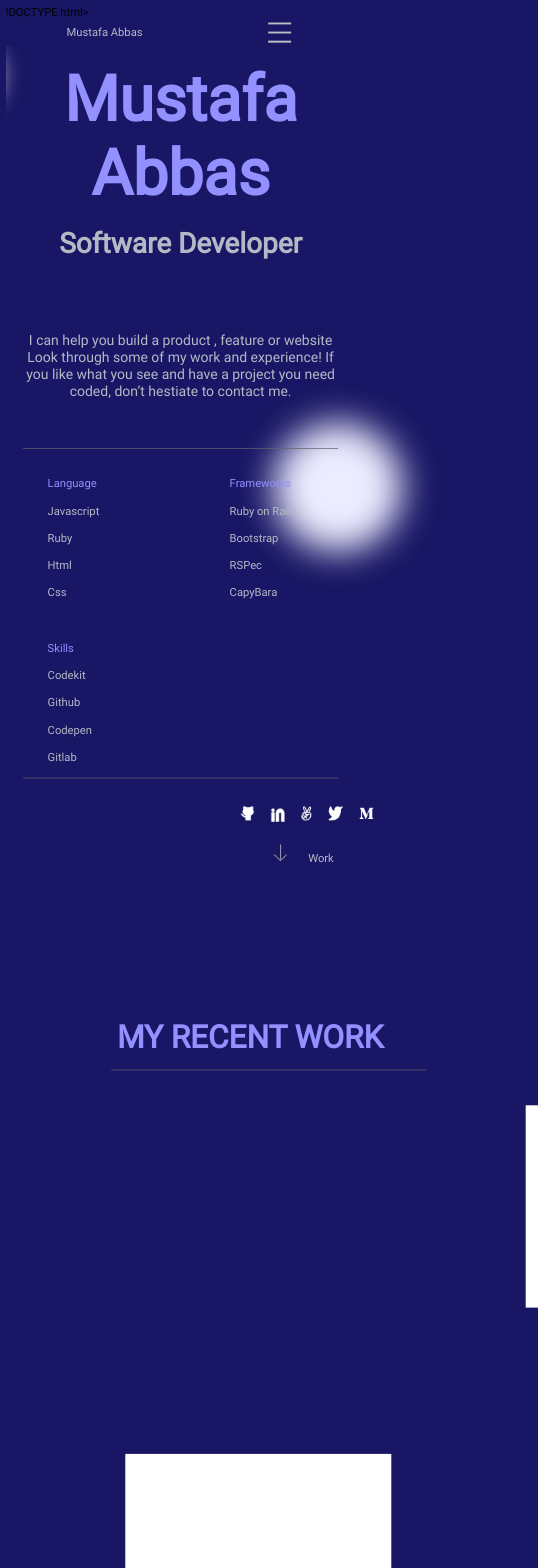
Repository: mustabbas/Portfolio
Page: index.html
These files come from the project's save history. The page is drawn as it stood at one moment and after the next save; the edit follows.
The browser window is 768 px wide. The pictures show the part of the page from y = 0 to 2240 px (the page is 6299 px tall before and 6464 px after), at 70% of full size.

Above is the page before, as saved 2021-08-30 18:31:31.

After the next save:
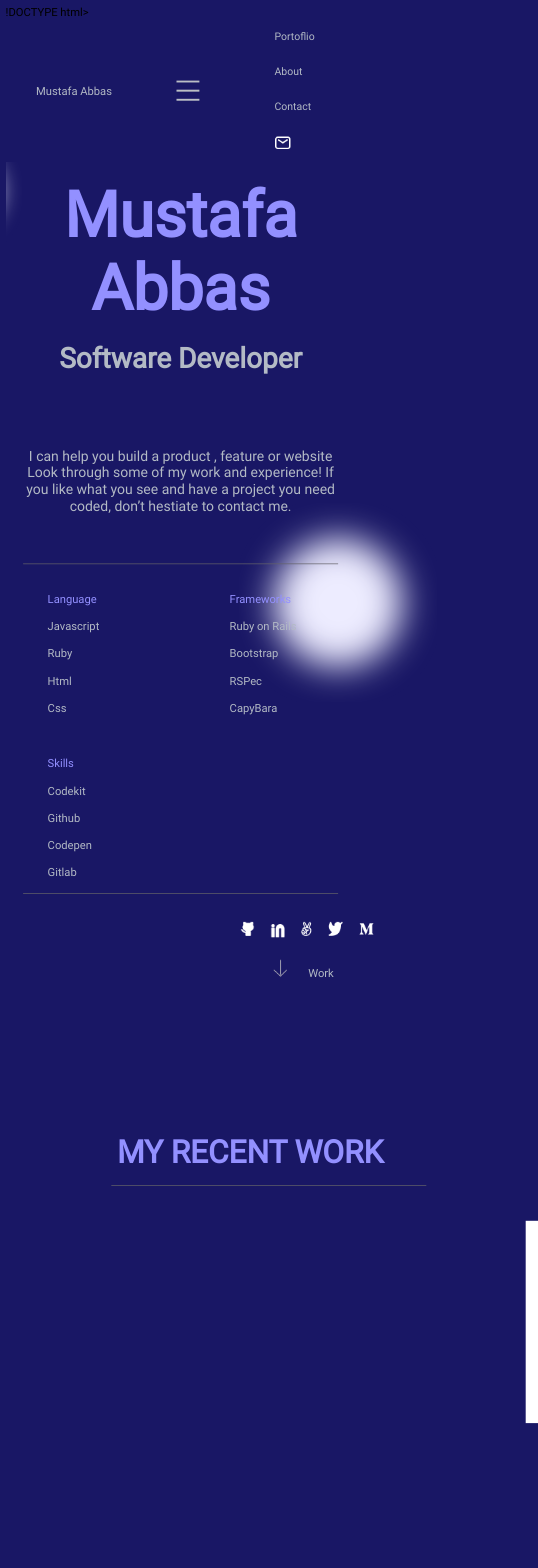
Saved 11 min 24 s later.
--- a/style.css
+++ b/style.css
@@ -436,10 +436,6 @@
     justify-content: space-around;
   }
 
-  .header ul {
-    display: none;
-  }
-
   .main-nav {
     flex-direction: column;
   }

After the save that followed:
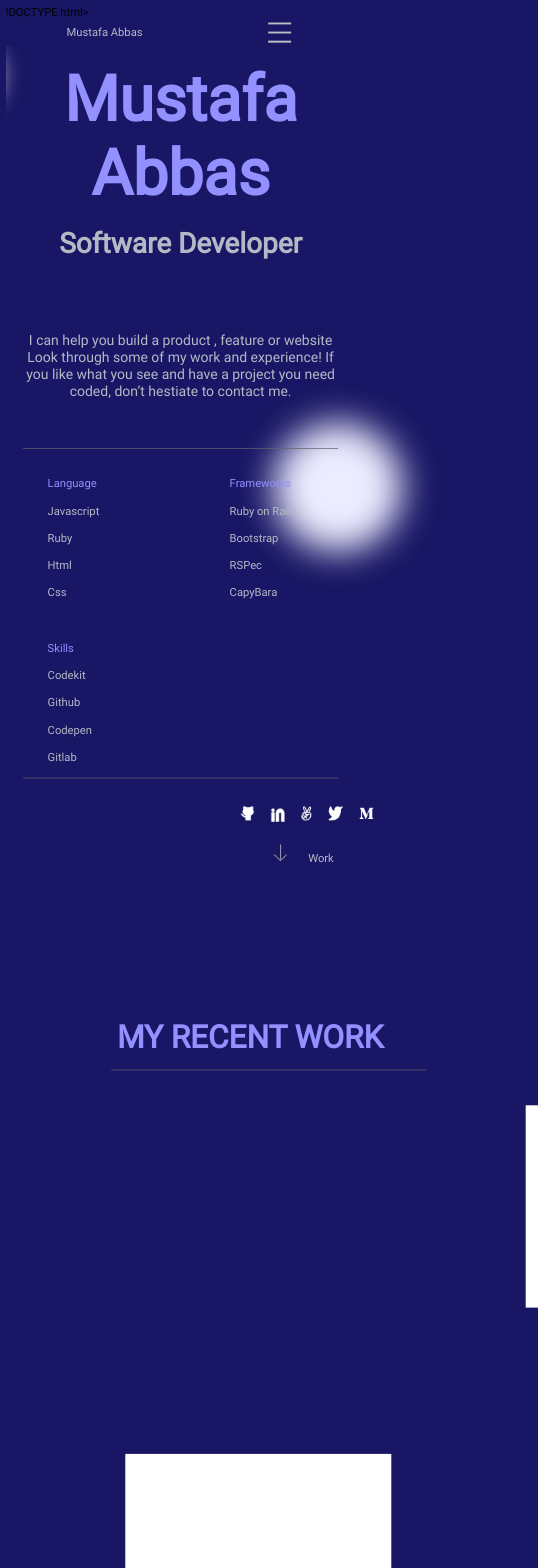
Saved 29 s later.
--- a/style.css
+++ b/style.css
@@ -437,7 +437,7 @@
   }
 
   .main-nav {
-    flex-direction: column;
+    display: none;
   }
 
   .head-wraper {
